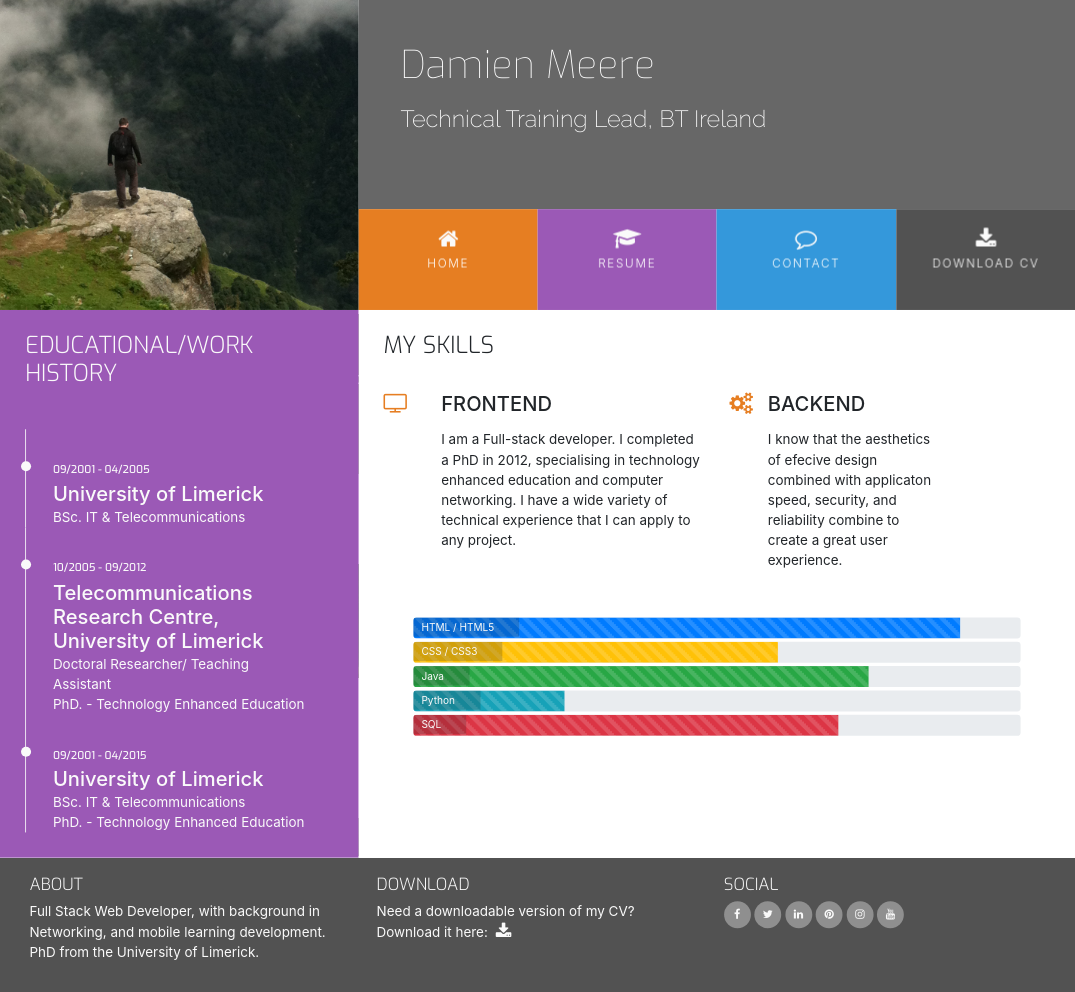
Repository: damien-meere/cv_site_project
Page: resume.html
The author's editor kept a record of every edit. The page is drawn from the files as they stood at one moment, then again after the next edit.
The browser window is 1280 px wide. The pictures show the whole page, at 84% of full size.

Above is the page before.

### resume.html
<!DOCTYPE html>
<html lang="en">

<head>
    <meta charset="UTF-8">
    <meta name="viewport" content="width=device-width, initial-scale=1.0">
    <meta http-equiv="X-UA-Compatible" content="ie=edge">
    <link rel="stylesheet" href="https://stackpath.bootstrapcdn.com/bootstrap/4.3.1/css/bootstrap.min.css" type="text/css" />
    <link rel="stylesheet" href="https://stackpath.bootstrapcdn.com/font-awesome/4.7.0/css/font-awesome.min.css" type="text/css" />
    <link rel="stylesheet" href="https://cdnjs.cloudflare.com/ajax/libs/hover.css/2.3.1/css/hover-min.css" type="text/css" />
    <link rel="stylesheet" href="assets/css/style.css" type="text/css" />
    <title>Damien Meere CV</title>
</head>

<body>
    <header>
        <div class="row no-gutters">
            <a href="index.html" class="col-md-4 logo"></a>
            <div class="col-md-8">
                <div class="row bg-color-name-title no-gutters">
                    <div class="col heading">
                        <h1 class="name">Damien Meere</h1>
                        <h2 class="title">Technical Training Lead, BT Ireland</h2>
                    </div>
                </div>
                <div class="row no-gutters">
                    <div class="col">
                        <ul id="nav" class="list-inline menu-container">
                            <!--the i element with fa is a font awesome icon. Aria hidden means this icon is ignored by screen readers-->
                            <li class="col-6 col-sm-3 list-inline-item ui-menu-color-home menuitem">
                                <a href="#" class="hvr-sweep-to-bottom"><i class="fa fa-home" aria-hidden="true"></i><span>Home</span></a>
                            </li>
                            <li class="col-6 col-sm-3 list-inline-item ui-menu-color-resume menuitem">
                                <a href="#" class="hvr-sweep-to-bottom"><i class="fa fa-graduation-cap" aria-hidden="true"></i><span>Resume</span></a>
                            </li>
                            <li class="col-6 col-sm-3 list-inline-item ui-menu-color-contact menuitem">
                                <a href="#" class="hvr-sweep-to-bottom"><i class="fa fa-comment-o" aria-hidden="true"></i><span>Contact</span></a>
                            </li>
                            <li class="col-6 col-sm-3 list-inline-item ui-menu-color-download menuitem">
                                <a href="#" class="hvr-sweep-to-bottom"><i class="fa fa-download" aria-hidden="true"></i><span>Download CV</span></a>
                            </li>
                        </ul>
                    </div>
                </div>
            </div>
        </div>
    </header>

    <section class="container-fluid">
        <div class="row">
            <!--contariner divided into 4&8 so -->
            <div class="col-md-4 bg-color-work-history section-column">
                <div class="row">
                    <div class="col-12">
                        <!--full with on all screen sizes-->
                        <h3 class="history-heading uppercase">Educational/Work History</h3>
                    </div>
                </div>
                <div class="timeline-item" data-dates="09/2001 - 04/2005">
                    <h4>University of Limerick</h4>
                    <p>BSc. IT & Telecommunications</p>
                </div>
                <div class="timeline-item" data-dates="10/2005 - 09/2012">
                    <h4>Telecommunications Research Centre, University of Limerick</h4>
                    <p>Doctoral Researcher/ Teaching Assistant</p>
                    <p>PhD. - Technology Enhanced Education</p>
                </div>
                <div class="timeline-item" data-dates="09/2001 - 04/2015">
                    <h4>University of Limerick</h4>
                    <p>BSc. IT & Telecommunications</p>
                    <p>PhD. - Technology Enhanced Education</p>
                </div>

            </div>


            <!--create a column (because we have to have a column as a direct child of a row) of size 8, which is two-thirds the width of the screen-->
            <!--don't need to add any size classes for screen sizes smaller than medium because Bootstrap will automatically default to 12, our full width.-->
            <!--The row-table class specifies the use of a table whereas section-column specifies the use of a table cell, which will give us evenly sized columns in terms of height.-->
            <div class="col-md-8 bg-color-three-reasons section-column">
                <div class="row">
                    <div class="col">
                        <h3 class="section-heading uppercase">My Skills</h3>
                    </div>
                </div>
                <div class="row">
                    <!--When looked at on the mobile, this is going to be 10 columns wide with an offset of 1
                        so that we get the content centered and have a one column margin down the left side.
                        We're going to switch that offset off for tablets and larger because on the tablet,
                        we want it to appear in three columns of content.-->
                    <div class="col-10 offset-1 offset-sm-0 col-sm-4 col-md-6">
                        <div class="row">
                            <div class="col-2">
                                <i class="three-reasons-icon fa fa-tv" aria-hidden="true"></i>
                            </div>
                            <div class="col-10">
                                <h4 class="three-reasons-heading uppercase">FrontEnd</h4>
                                <p>
                                    I am a Full-stack developer. I completed a PhD in 2012, specialising in technology enhanced education and computer networking. I have a wide variety of technical experience that I can apply to any project.
                                </p>
                            </div>
                        </div>
                    </div>
                    <div class="col-10 offset-1 offset-sm-0 col-sm-4 ">
                        <div class="row">
                            <div class="col-2">
                                <i class="three-reasons-icon fa fa-gears" aria-hidden="true"></i>
                            </div>
                            <div class="col-10">
                                <h4 class="three-reasons-heading uppercase">BackEnd</h4>
                                <p>
                                    I know that the aesthetics of efecive design combined with applicaton speed, security, and reliability combine to create a great user experience.
                                </p>
                            </div>
                        </div>
                    </div>
                </div>
                <!--Creating progress bars in MySkills section to illustrate progress on various skills-->
                <div class="row progress-section">
                    <div class="col">
                        <div class="progress">
                            <!--aria valuenow sets the value on the progress bar-->
                            <div class="progress-bar progress-bar-striped progress-bar-animated" role="progressbar" aria-valuenow="90" aria-valuamin="0" aria-valuamax="100" style="width:90%;">
                                <!--Screen Readers Only-->
                                <span class="sr-only">90% Complete</span>
                            </div>
                            <span class="progress-type"> HTML / HTML5 </span>
                        </div>
                        <div class="progress">
                            <!--aria valuenow sets the value on the progress bar-->
                            <div class="progress-bar progress-bar-striped progress-bar-animated bg-warning" role="progressbar" aria-valuenow="60" aria-valuamin="0" aria-valuamax="100" style="width:60%;">
                                <!--Screen Readers Only-->
                                <span class="sr-only">60% Complete</span>
                            </div>
                            <span class="progress-type"> CSS / CSS3 </span>
                        </div>
                        <div class="progress">
                            <!--aria valuenow sets the value on the progress bar-->
                            <div class="progress-bar progress-bar-striped progress-bar-animated bg-success" role="progressbar" aria-valuenow="75" aria-valuamin="0" aria-valuamax="100" style="width:75%;">
                                <!--Screen Readers Only-->
                                <span class="sr-only">75% Complete</span>
                            </div>
                            <span class="progress-type"> Java </span>
                        </div>
                        <div class="progress">
                            <!--aria valuenow sets the value on the progress bar-->
                            <div class="progress-bar progress-bar-striped progress-bar-animated bg-info" role="progressbar" aria-valuenow="25" aria-valuamin="0" aria-valuamax="100" style="width:25%;">
                                <!--Screen Readers Only-->
                                <span class="sr-only">25% Complete</span>
                            </div>
                            <span class="progress-type"> Python </span>
                        </div>
                        <div class="progress">
                            <!--aria valuenow sets the value on the progress bar-->
                            <div class="progress-bar progress-bar-striped progress-bar-animated bg-danger" role="progressbar" aria-valuenow="70" aria-valuamin="0" aria-valuamax="100" style="width:70%;">
                                <!--Screen Readers Only-->
                                <span class="sr-only">70% Complete</span>
                            </div>
                            <span class="progress-type"> SQL </span>
                        </div>
                    </div>
                </div>
            </div>
        </div>
    </section>

    <footer class="container-fluid">
        <div id="footer-details" class="row">
            <div class="col-sm-4">
                <h5 class="uppercase general-sub">About</h5>
                <p class="inline-block">
                    Full Stack Web Developer, with background in Networking, and mobile learning development. PhD from the University of Limerick.
                </p>
            </div>
            <div class="col-sm-4">
                <h5 class="uppercase general-sub">Download</h5>
                <p class="inline-block">
                    Need a downloadable version of my CV? Download it here:
                    <a href="#" target="_blank" class="cv-pdf">
                        <i class="fa fa-download" aria-hidden="true"></i>
                        <span class="sr-only">Download Link</span>
                </p>
            </div>
            <div class="col-sm-4">
                <h5 class="uppercase general-sub">Social</h5>
                <!--unordered list has Bootstrap's default class of list-inline-->
                <!--all items in a list-inline class must use the list-inline-item class-->
                <ul class="list-inline social-links">
                    <li class="list-inline-item">
                        <a target="_blank" href="#">
                            <i class="fa fa-facebook" aria-hidden="true"></i>
                            <!--Screen Reader Only (replace icon with text)-->
                            <span class="sr-only">Facebook</span>
                    </li>
                    <li class="list-inline-item">
                        <a target="_blank" href="#">
                            <i class="fa fa-twitter" aria-hidden="true"></i>
                            <!--Screen Reader Only (replace icon with text)-->
                            <span class="sr-only">Twitter</span>
                    </li>
                    <li class="list-inline-item">
                        <a target="_blank" href="#">
                            <i class="fa fa-linkedin" aria-hidden="true"></i>
                            <!--Screen Reader Only (replace icon with text)-->
                            <span class="sr-only">LinkedIn</span>
                    </li>
                    <li class="list-inline-item">
                        <a target="_blank" href="#">
                            <i class="fa fa-pinterest" aria-hidden="true"></i>
                            <!--Screen Reader Only (replace icon with text)-->
                            <span class="sr-only">Pinterest</span>
                    </li>
                    <li class="list-inline-item">
                        <a target="_blank" href="#">
                            <i class="fa fa-instagram" aria-hidden="true"></i>
                            <!--Screen Reader Only (replace icon with text)-->
                            <span class="sr-only">Instagram</span>
                    </li>
                    <li class="list-inline-item">
                        <a target="_blank" href="#">
                            <i class="fa fa-youtube" aria-hidden="true"></i>
                            <!--Screen Reader Only (replace icon with text)-->
                            <span class="sr-only">YouTube</span>
                    </li>
                </ul>
            </div>
        </div>
    </footer>
</body>
</html>

### assets/css/style.css
@import url('https://fonts.googleapis.com/css?family=Raleway:100,200,300,400,500.600,700|Exo:100,200,300,400,500.600,700');

/*--------------------------------------------------Colours*/

.bg-color-name-title {
    background-color: #676767;
}

.bg-color-three-reasons {
    background-color: #FFF;
}

.ui-menu-color-home {
    background-color: #e67e22;
}

.ui-menu-color-resume {
    background-color: #9b59b6;
}

.ui-menu-color-contact {
    background-color: #3498db;
}

.ui-menu-color-download {
    background-color: #525252;
}

.bg-color-personal-info {
    background-color: #f4f4f4;
}

.bg-color-work-history {
    background-color: #9b59b6;
}


/*--------------------------------------------------Special Padding/margins/text*/

h1,
h2,
h3,
h4 {
    margin: 0;
}

.uppercase {
    text-transform: uppercase;
}

.general-sub {
    font-family: "Exo", sans-serif;
    font-weight: 300;
    color: #fafafa;

}

/* By setting to table we can then specify its child columns as table cells, which ensures that the columns will remain equal height, regardless of their content*/

.row-table {
    display: table;
}

.section-column {
    display: table-cell;
    padding: 0 30px 30px;
    float: none;
}

.history-heading,
.section-heading {
    font-family: "Exo", sans-serif;
    font-weight: 300;
    margin-top: 25px;
    margin-bottom: 40px;
}



/*--------------------------------------------------Headings*/

header {
    margin: 0;
}

.heading {
    margin-left: 50px;
}

.logo {
    background: url("../images/logo_image.jpg");
    background-position: center;
    background-repeat: no-repeat;
    background-size: cover;
    min-height: 360px;
    transition: all .5s ease-in-out;
    -moz-transition: all .5s ease-in-out;
    -webkit-transition: all .5s ease-in-out;
}

.name {
    font-family: "Exo", sans-serif;
    font-weight: 100;
    font-size: 46px;
    margin-top: 50px;
    color: #fff;
}

.title {
    font-family: "Raleway", sans-serif;
    font-weight: 200;
    font-size: 28px;
    margin-top: 20px;
    margin-bottom: 90px;
    color: #fff;
}

.list-inline-item:not(:last-child) {
    margin: 0;
}

.menu-container {
    font-size: 0;
}

#nav {
    margin: 0;
}

#nav li {
    font-size: 14px;
    padding: 0;
}

.menuitem {
    height: 120px;
    text-align: center;
    padding: 0;
}

.menuitem a {
    width: 100%;
    text-decoration: none;
    color: #fff;
    height: 120px;
}

.menuitem a i {
    padding-top: 22px;
    /*Set to block to ensure icon appears on a new line*/
    display: block;
    color: #fafafa;
    font-size: 26px;
}


.menuitem span {
    display: block;
    width: 100%;
    padding-top: 5px;
    text-align: center;
    text-transform: uppercase;
    font-size: 14px;
    font-weight: 300;
    letter-spacing: 2px;
}



/*--------------------------------------------------Hover Override*/

.hvr-sweep-to-bottom:before {
    /*setting rgb to black, but the transparancy to 0.2, to its a subtle change*/
    background: rgba(0, 0, 0, 0.2);
}



/*--------------------------------------------------Footer*/

footer {
    background-color: #525252;
    color: #fafafa;
    min-height: 120px;
    margin: 0;

}

.inline-block {
    display: inline-block;
}

.cv-pdf i {
    font-size: 20px;
    color: #fafafa;
    text-align: center;
    padding-left: 5px;
    transition: all 0.3s ease-in-out;
    -moz-transition: all 0.3s ease-in-out;
    -webkit-transition: all 0.3s ease-in-out;
    -o-transition: all 0.3s ease-in-out;
}

.cv-pdf i:hover {
    color: #e84610;
}


.social-links {
    padding-bottom: 15px;
}

.social-links li a i {
    width: 32px;
    height: 32px;
    padding: 12px 0;
    /*if you set the border-radius to 50% when something has equal height and width, then you get a circle.*/
    border-radius: 50%;
    font-size: 13px;
    line-height: 7px;
    text-align: center;
    color: #fafafa;
    background: #8f8f8f;
    transition: all 0.3s ease-in-out;
    -moz-transition: all 0.3s ease-in-out;
    -webkit-transition: all 0.3s ease-in-out;
    -o-transition: all 0.3s ease-in-out;
}

.social-links li a i:hover {
    background: #e84610;

}

#footer-details {
    padding: 20px;
}

/*--------------------------------------------------Three Reasons*/

.three-reasons-icon {
    font-size: 26px;
    color: #e67e22;

}

.three-reasons-heading {
    margin-bottom: 15px;

}

/*--------------------------------------------------Personal Info*/

.personal-info-item {
    margin-bottom: 20px;
    display: block;
    /*set the display to block, so it will start and end with a newline and occupy the entirety of the horizontal space.*/
    clear: both;
    /*set the clear to both so that no other items can appear at either side of it in case, we were using floats.*/
}

.personal-info-item .key,
.personal-info-item .value {
    padding-right: 8px;
    display: inline-block;
    /*nline block allows us to put two divs side-by-side*/
}

.personal-info-item .key p,
.personal-info-item .value p {
    margin: 0;
}

.personal-info-item .key {
    width: 30%;
    margin-right: 21px;
    padding-top: 2px;
    vertical-align: top;

}

.personal-info-item .key p {
    font-weight: 700;
}

.personal-info-item .value {
    width: 60%;
    position: relative;
}

/*--------------------------------------------------Skills*/

.progress {
    position: relative;
    height: 25px;
    margin-bottom: 4px;
}

.progress-type {
    position: absolute;
    left: 0px;
    font-weight: 400;
    padding: 3px 30px 2px 10px;
    color: #fafafa;
    background-color: rgba(25, 25, 25, 0.2);
}

.progress-section {
    margin: 40px 20px;
}



/*--------------------------------------------------Work History*/

.history-heading {
    color: #fafafa;
    margin-bottom: 50px;

}

/*Border-left creates vertical timline to left*/

.timeline-item {
    padding: 4em 2em 0em 2em;
    position: relative;
    color: #fafafa;
    border-left: 1px solid;
}

.timeline-item p {
    padding: 0;
    margin: 0;
}

.timeline-item:before {
    content: attr(data-dates);
    position: absolute;
    left: 2.5em;
    top: 3em;
    display: block;
    font-family: "Exo", sans-serif;
    font-weight: 500;
    font-size: 0.8em;
    margin: 0;
    padding: 0;
}

/*creates circle on vertical timeline*/

.timeline-item:after {
    width: 12px;
    height: 12px;
    display: block;
    top: 2.4em;
    position: absolute;
    left: -6px;
    border-radius: 12px;
    content: '';
    background-color: #fafafa;
}

.history-items {
    margin-bottom: 30px;
}

After the next edit:
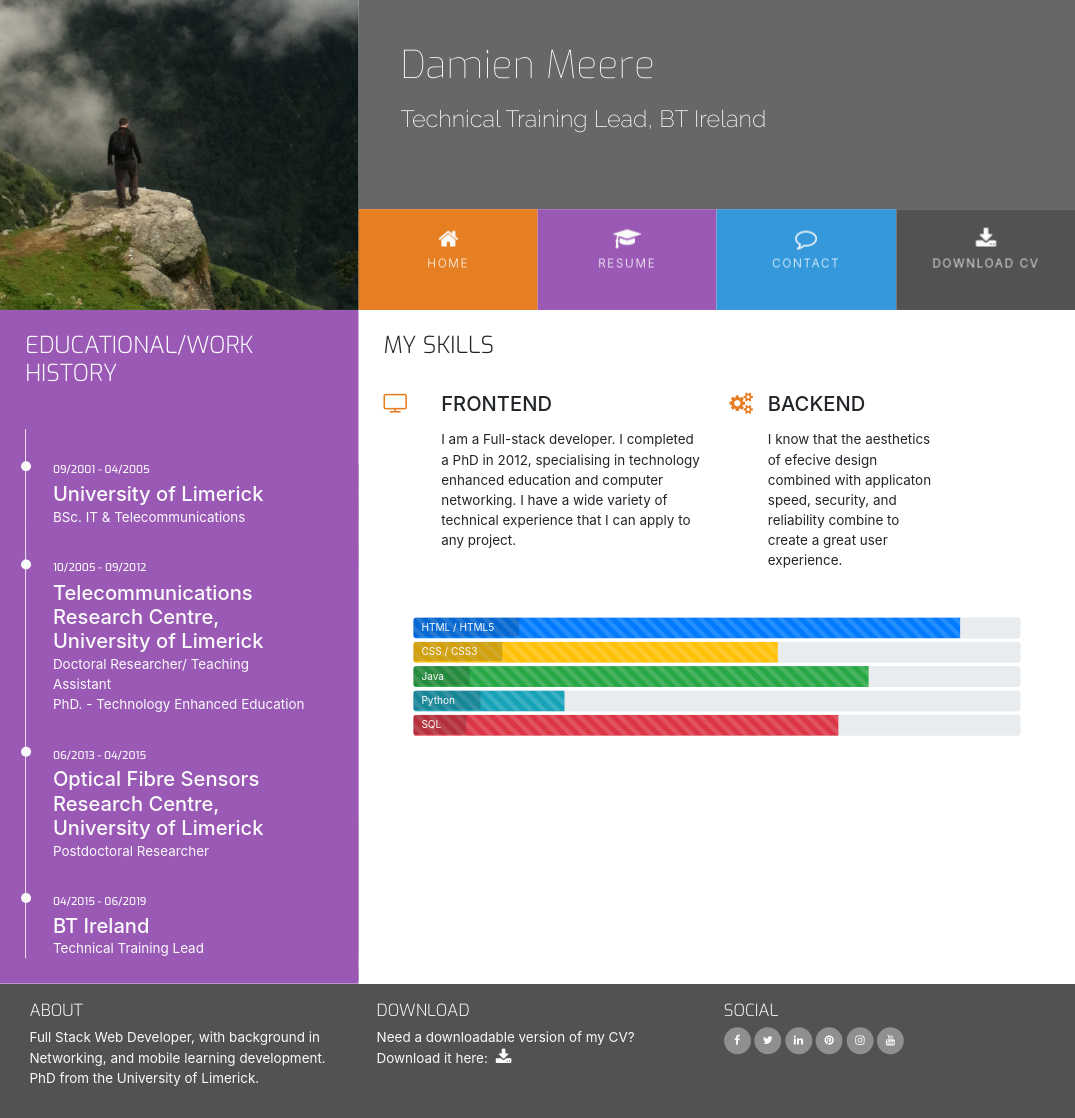
The edit:
--- a/resume.html
+++ b/resume.html
@@ -65,10 +65,13 @@
                     <p>Doctoral Researcher/ Teaching Assistant</p>
                     <p>PhD. - Technology Enhanced Education</p>
                 </div>
-                <div class="timeline-item" data-dates="09/2001 - 04/2015">
-                    <h4>University of Limerick</h4>
-                    <p>BSc. IT & Telecommunications</p>
-                    <p>PhD. - Technology Enhanced Education</p>
+                <div class="timeline-item" data-dates="06/2013 - 04/2015">
+                    <h4>Optical Fibre Sensors Research Centre, University of Limerick</h4>
+                    <p>Postdoctoral Researcher</p>
+                </div>
+                <div class="timeline-item" data-dates="04/2015 - 06/2019">
+                    <h4>BT Ireland</h4>
+                    <p>Technical Training Lead</p>
                 </div>
 
             </div>
